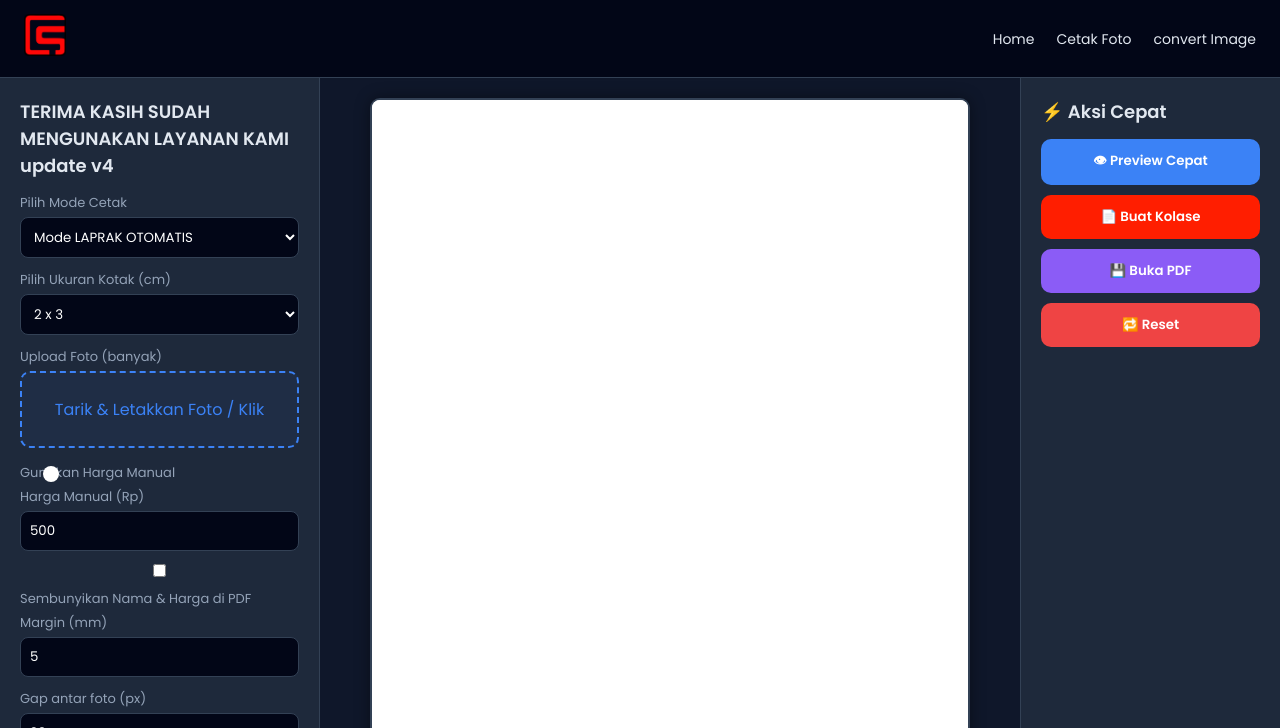
Repository: procinema22/hiisedulurfc
Page: hesedulur-main/cetakfoto.html
An editor plug-in stored every save of this project. The page is shown before and after the next save, followed by the edit.
The browser window is 1280 px wide. The pictures show the whole page.
An inner scrolling area shows only its first screen.

Above is the page before, as saved 2026-04-24 00:26:57.

After the next save:
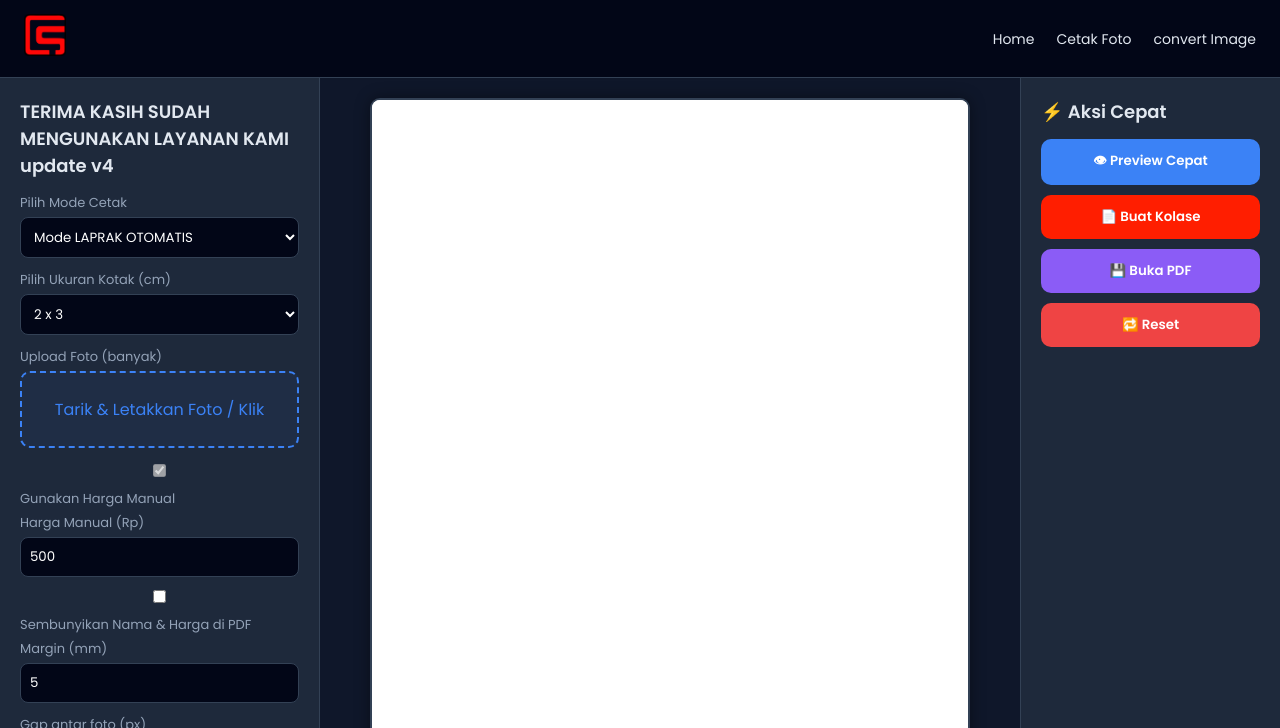
Saved 6 s later.
--- a/hesedulur-main/cetakfoto.html
+++ b/hesedulur-main/cetakfoto.html
@@ -76,11 +76,11 @@
     </div>
     <input id="upload" type="file" multiple accept="image/*" hidden>
 
-    <label class="switch">
+    <label>
       <input type="checkbox" id="manualHargaCheckbox">
-      <span class="slider"></span>
-      <span class="label-text">Gunakan Harga Manual</span>
+      Gunakan Harga Manual
     </label>
+
     <div id="manualHargaBox" style="display:none;">
       <label>Harga Manual (Rp)</label>
       <input
